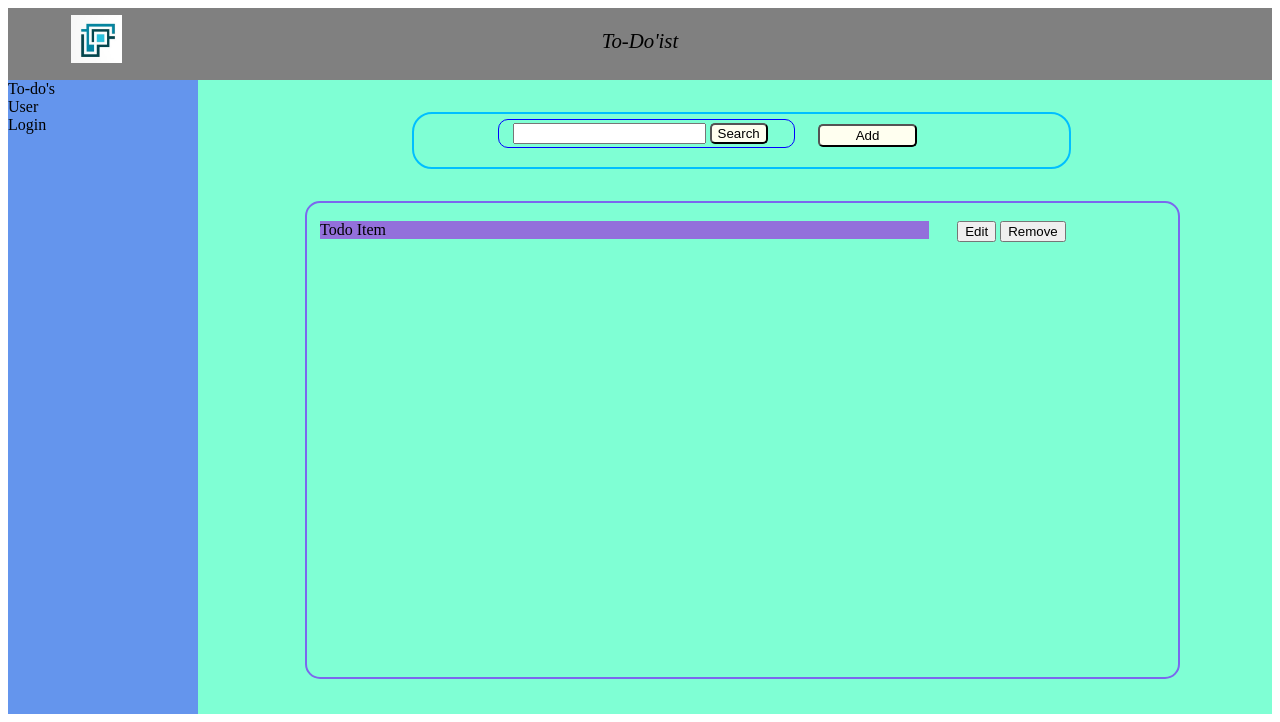
Repository: tavisca-pkadam/Todo-Website
Page: home.html
An editor plug-in stored every save of this project. The page is shown before and after a run of saves, followed by the edit.
The browser window is 1280 px wide. The pictures show the whole page.

Above is the page before, as saved 2019-08-20 08:02:43.

### home.html
<!DOCTYPE html>
<html>
  <head>
    <meta charset="utf-8" />
    <meta http-equiv="X-UA-Compatible" content="IE=edge" />
    <title>Page Title</title>
    <meta name="viewport" content="width=device-width, initial-scale=1" />
    <link rel="stylesheet" type="text/css" media="screen" href="main.css" />

    <link rel="import" href="components/header.html" />

    <!-- <script src='main.js'></script> -->
  </head>
  <body>
    <div id="head" class="header">
      <img id="company_logo" src="src/logo.jpg" width="5%" />
      <p id="todo_header"><i>To-Do'ist</i></p>
    </div>


    <div id="side_nav">
      <div>
        To-do's
      </div>
      <div>
        User
      </div>
      <div>
        Login
      </div>
    </div>
    <div id="todo_content">
        <div id="todo_content_head">
            <div id="todo_content_search">
                <input type="text" style="padding-right:10px">
                <button class="search_button">Search</button>
            </div>
            <button id="todo_content_add" class="search_button">Add</button>
        </div>
        <div id="todo_list">
            <div class="todo_item">
                <div class="todo_detail">
                        Todo Item
                </div>
                <button class="todo_edit_btn">Edit</button>
                <button>Remove</button>
            </div>
        </div>
    </div>
  </body>
</html>

### main.css
.header {
    background-color:gray;
    position: relative;
    width: 100%;
    height: 10vh;
}

#company_logo {
    position: absolute;
    left: 5%;
    width: 4%;
    margin-top: 1vh;
}

#todo_header {
    font-size: 1.3em;
    font-style: oblique;
    font-stretch: expanded;
    position: absolute;
    width: 100%;
    text-align: center;
    /* right: 45%; */
}

#side_nav {
    position: fixed;
    width: 15%;
    background-color: cornflowerblue;
    height: 88vh;
}

#todo_content {
    position: relative;
    left: 15%;
    width:85%;
    background-color: aquamarine;
    height: 88vh;
}

#todo_content_head {
    border: 1px;
    position: relative;
    /* background-color: deepskyblue; */
    padding: 5px;
    width: 60%;
    height: 6vh;
    border-radius: 20px;
    left: 20%;
    top: 5%;

    border-width: 2px;
    border-style: solid;
    border-color: deepskyblue;
}

.search_button{
    text-align: center;
    background-color: ivory;
    border-radius: 5px;
}

#todo_content_search{
    position: absolute;
    /* background-color: darksalmon; */
    padding: 0.5%;
    margin-left:4%;
    padding-left: 2%;
    padding-right: 4%;
    left: 5vw;
    border-radius: 10px;
    margin-left: 20px;
    border-width: 1px;
    border-style: solid;
    border-color: blue;

}
#todo_content_add {
    position: absolute;
    padding: 2px;
    background-color: ivory;
    left: 30vw;
    top: 10px;
    width: 15%;

    margin-left: 20px;
}


#todo_list {
    /* background-color: mediumslateblue; */
    position: relative;
    width: 80%;
    left: 10%;
    top: 10%;
    height: 65vh;
    border-radius: 15px;
    padding:3px;
    padding-left: 8px;


    border-width: 2px;
    border-style: solid;
    border-color: mediumslateblue;
}

.todo_item{
    margin:5px;
    margin-top: 15px;


}

.todo_edit_btn{
    margin-left: 75%;
}

.todo_detail{

    width: 70%;

    background-color: mediumpurple;

    position: absolute;
    }

After the next 3 saves:
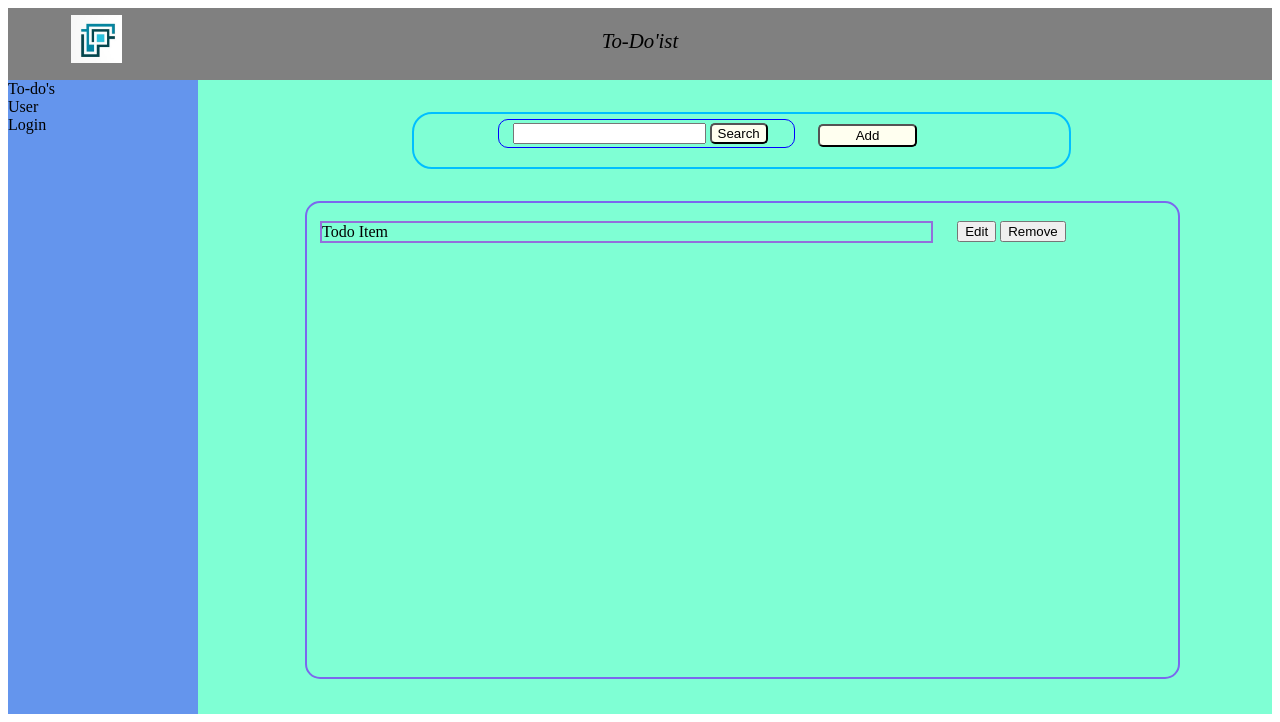
The 3 saves are shown as one change because they came seconds apart.
The last was saved 9 s later.
--- a/main.css
+++ b/main.css
@@ -118,7 +118,10 @@
 
     width: 70%;
 
-    background-color: mediumpurple;
 
     position: absolute;
+
+    border-width: 2px;
+    border-style: solid;
+    border-color: mediumpurple;
     }
